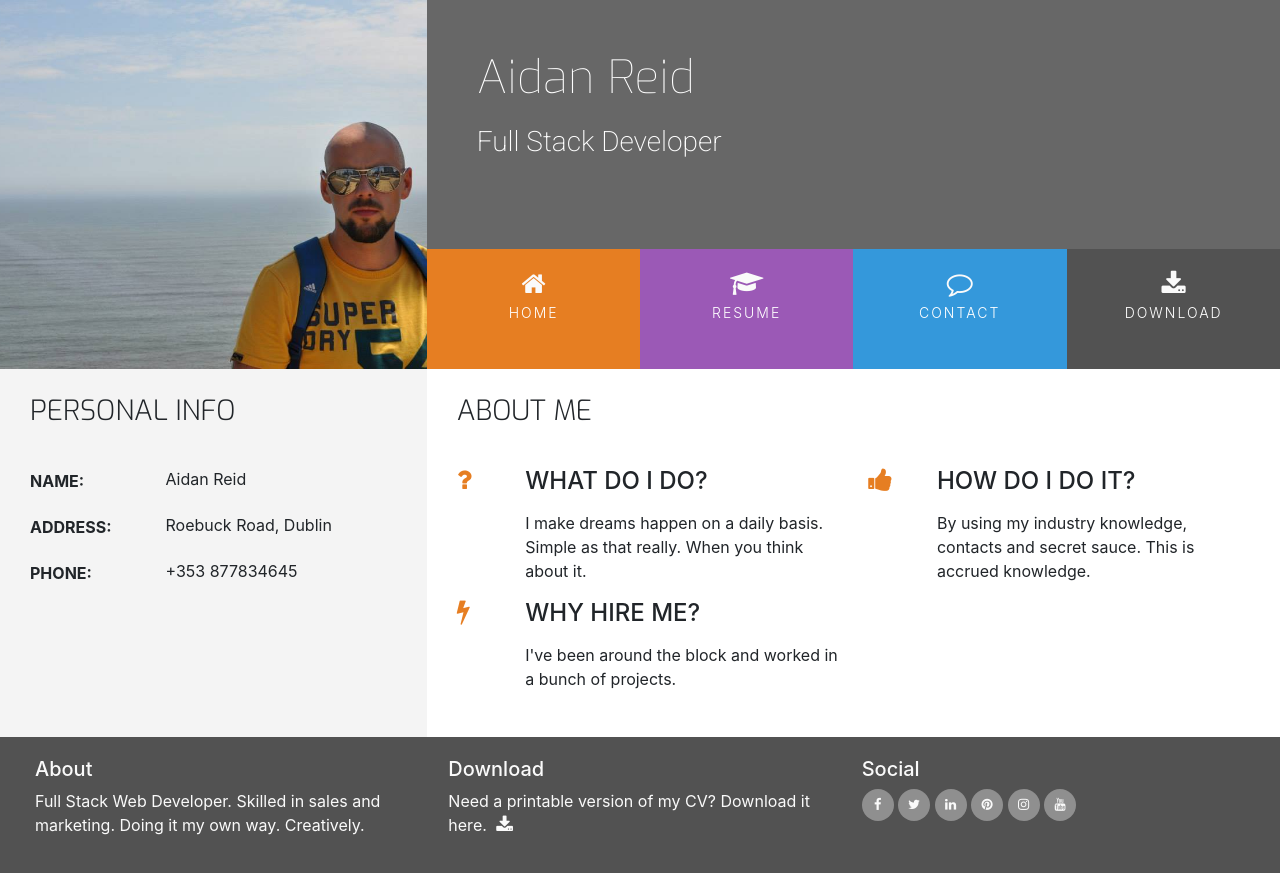
Repository: AidanJReid/Resume
Page: index.html
The author's editor kept a record of every edit. The page is drawn from the files as they stood at one moment, then again after the next edit.
The browser window is 1280 px wide. The pictures show the whole page.

Above is the page before.

After the next edit:
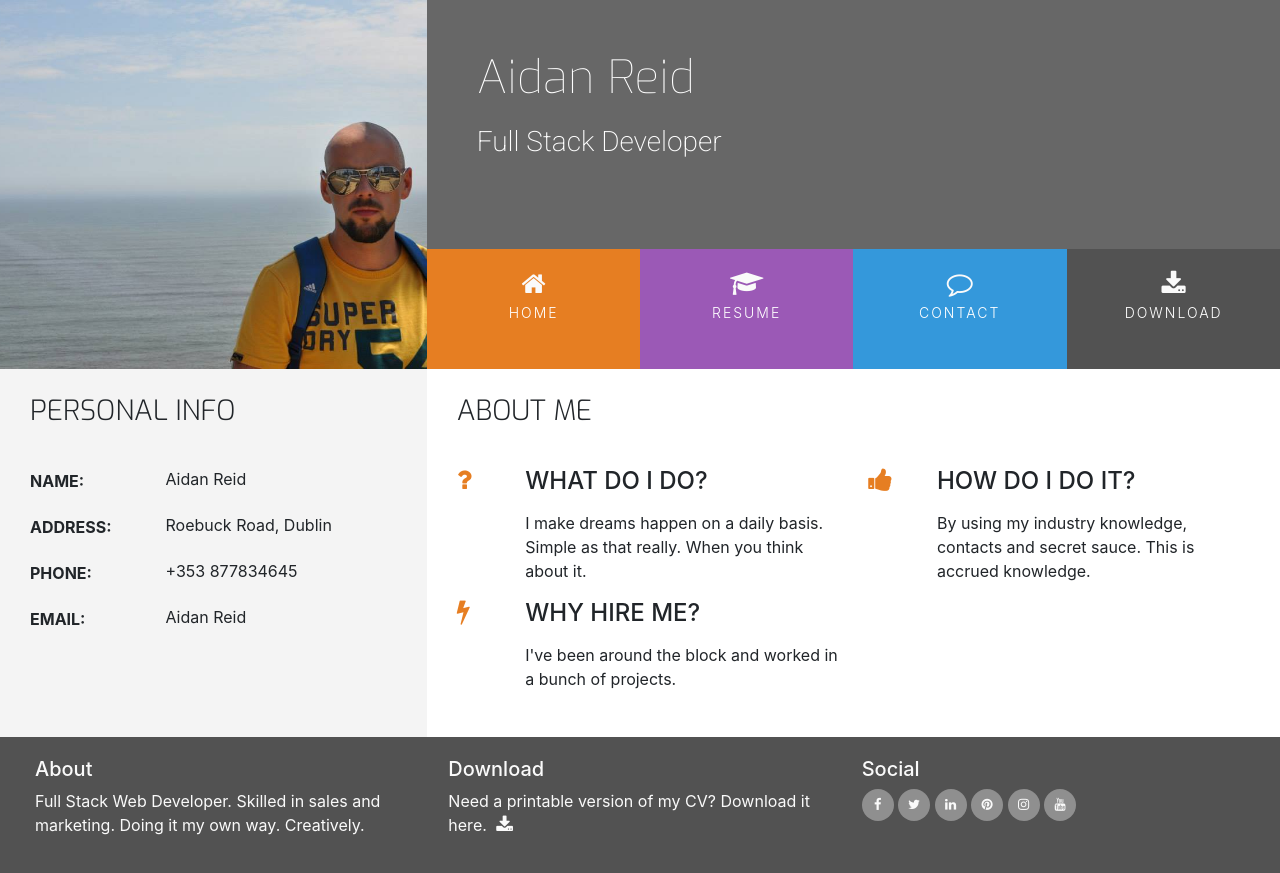
The edit:
--- a/index.html
+++ b/index.html
@@ -102,6 +102,18 @@
                         </p>
                     </div>
                 </div>
+                <div class="personal-info-item">
+                    <div class="key">
+                        <p class="uppercase">
+                            Email:
+                        </p>
+                    </div>
+                    <div class="value">
+                        <p>
+                            Aidan Reid
+                        </p>
+                    </div>
+                </div>
             </div>
             <div class="col-md-8 bg-color-three-reasons section-column">
                 <div class="row">
